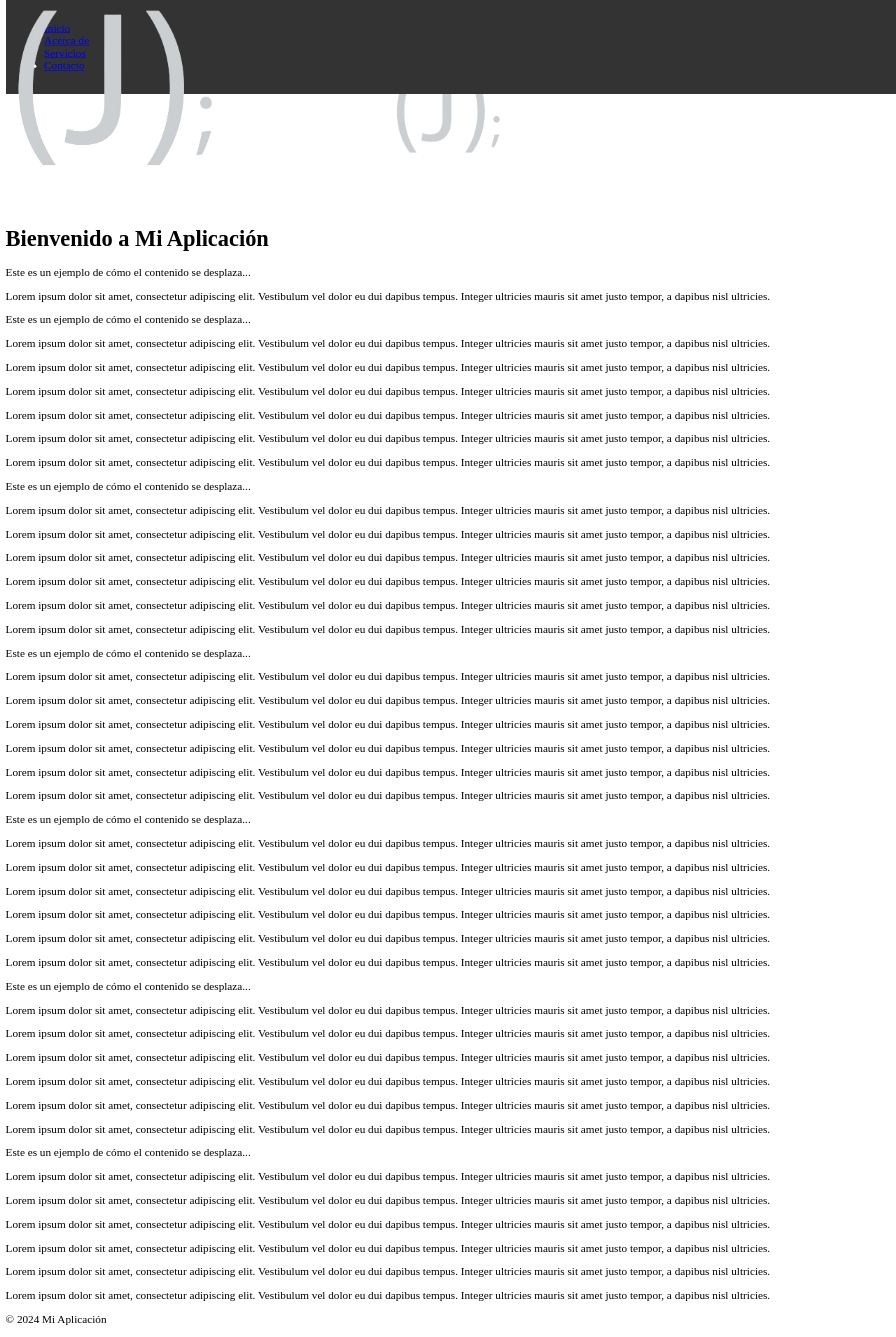
Repository: JoyMoGas/HelujaArc
Page: http://localhost/
An editor plug-in stored every save of this project. The page is shown before and after the next save, followed by the edit.
The browser window is 1280 px wide. The pictures show the whole page, at 70% of full size.
The page is served by the project's application, run on Flask 3 (run.py).

Above is the page before, as saved 2024-08-11 15:01:26.
Console error: TypeError: Cannot read properties of null (reading 'style')

After the next save:
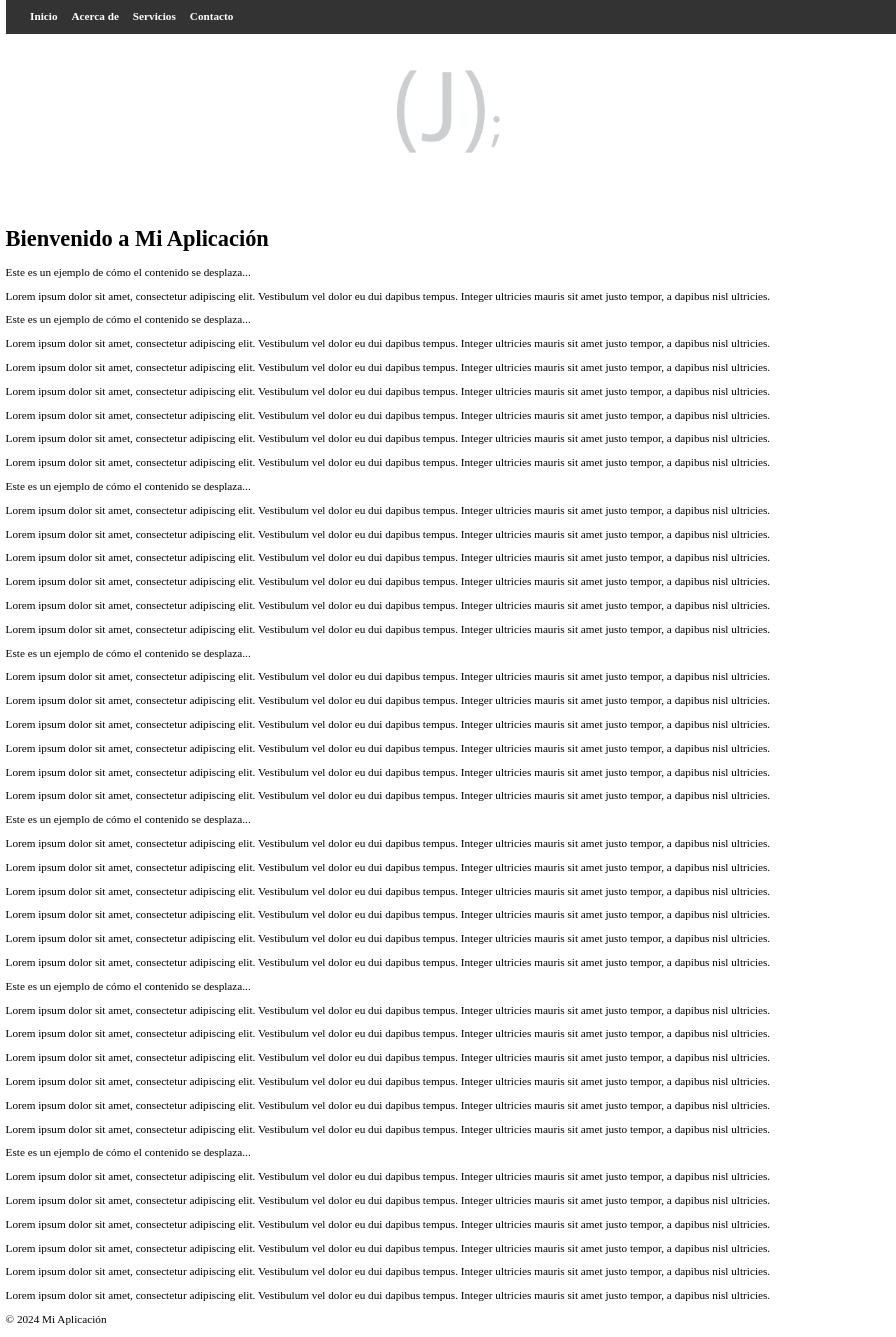
Saved 22 s later.
--- a/static/style.css
+++ b/static/style.css
@@ -12,23 +12,40 @@
     align-items: center;
 }
 
-/* Estilos para el logotipo en la navbar */
+/* Ocultamos el logotipo de la navbar por defecto */
 .navbar-logo {
-    position: absolute;
-    top: 15px;
-    left: 15px;
-    transition: opacity 0.5s ease, transform 0.5s ease; /* Transición suave para opacidad y transformación */
+    display: none;
+}
+
+.navbar-links {
+    list-style: none;
+    margin: 0;
+    padding: 0;
+    display: flex;
+}
+
+.navbar-links li {
+    margin-left: 20px;
+}
+
+.navbar-links a {
+    text-decoration: none;
+    color: white;
+    font-weight: bold;
+    font-size: 16px;
+}
+
+.navbar-links a:hover {
+    color: #ddd;
 }
 
 /* Estilos para el logotipo en el body */
-.body-logo-container {
+.body-logo {
     position: relative;
     margin: 100px auto;
     text-align: center;
-}
-
-.body-logo {
     transition: transform 0.5s ease, width 0.5s ease; /* Transición suave para el movimiento y el tamaño */
+    transform-origin: top left; /* El logotipo se deslizará desde la esquina superior izquierda */
 }
 
 .body-logo img {
@@ -38,8 +55,9 @@
 /* Estado del logotipo cuando se mueve a la navbar */
 .sticky-logo {
     position: fixed;
-    top: 15px;
-    left: 15px;
+    top: 15px; /* Alinear con la navbar */
+    left: 15px; /* Alinear con la navbar */
     width: 40px; /* Reducir el tamaño del logotipo */
-    transform: translateX(0%) translateY(0%); /* Posicionar en la navbar */
+    transform: translateX(-50%) translateY(-50%); /* Deslizarse a la nueva posición */
+    transition: transform 0.5s ease, width 0.5s ease; /* Aplicar la misma transición */
 }
